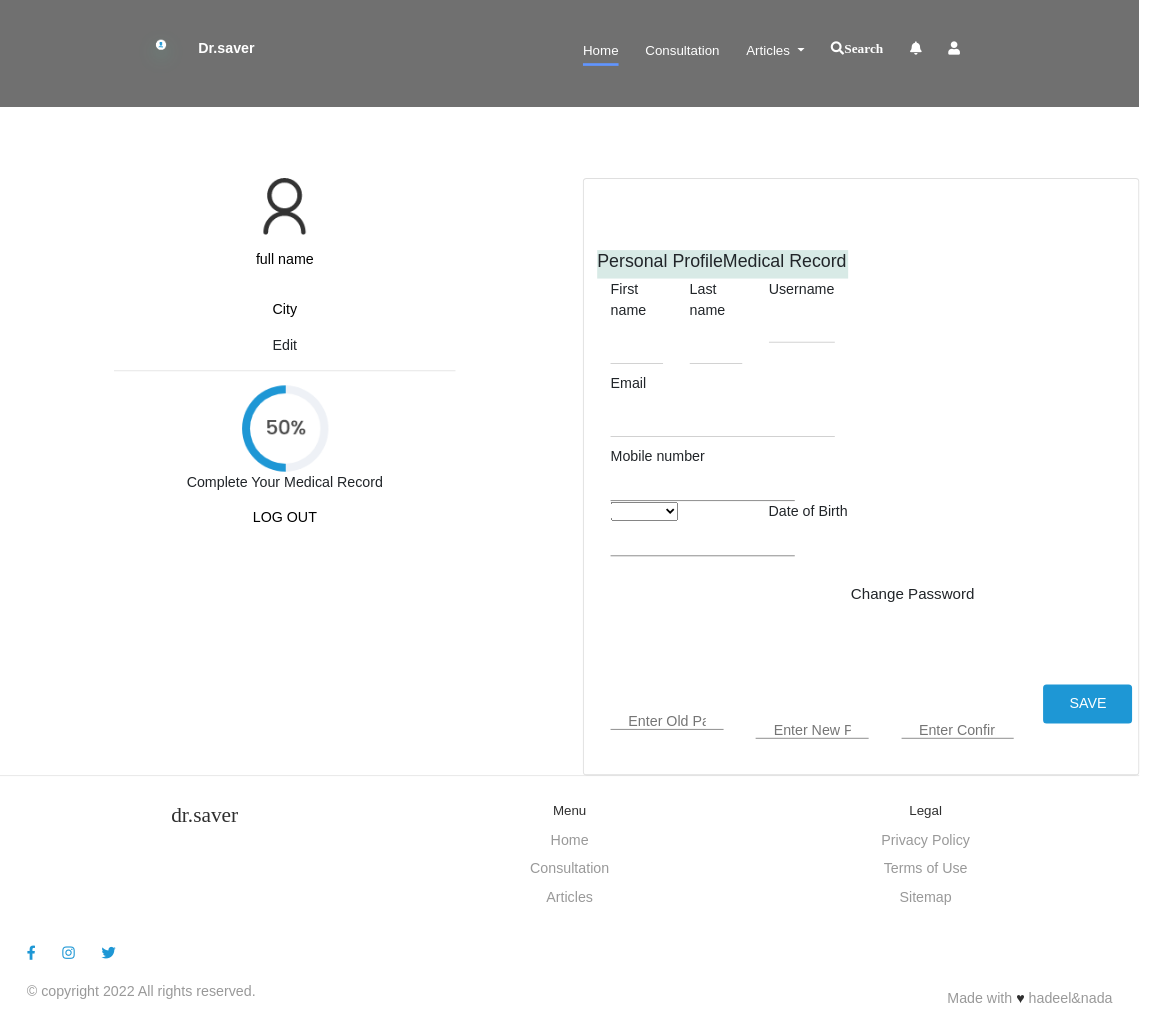
Repository: nsra/hadeel_doctor_system
Page: patient/Pprofile.html
These files come from the project's save history. The page is drawn as it stood at one moment and after the next save; the edit follows.
The browser window is 1280 px wide. The page is 1295 px wide, so the pictures cover 1295 px, including what lies to the right of the window. The pictures show the whole page, at 89% of full size.
Some web fonts or font styles are not loaded; a fallback is used. Some web libraries are served in a nearby version.

Above is the page before, as saved 2022-03-25 15:07:36.

After the next save:
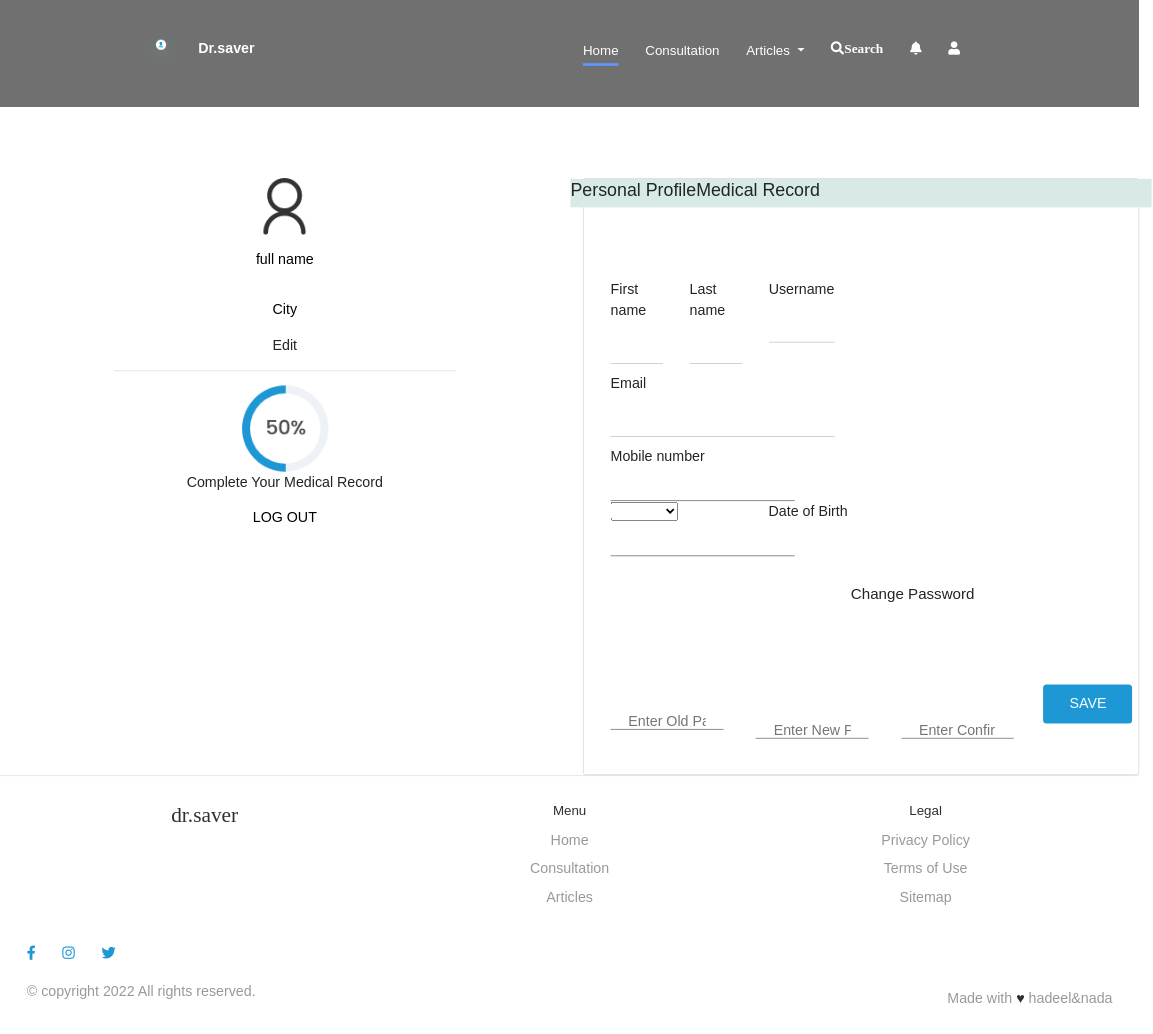
Saved 20 s later.
--- a/patient/Pprofile.html
+++ b/patient/Pprofile.html
@@ -92,11 +92,11 @@
             <div class="col s12 m12 l6">
                 <div class="card">
                     <div class="card-content">
-                        <form id="example-form" method="post" name="updatemp">
-                            <div  class="row" style="background-color: #D8EAE6;">
+                           <div  class="row" style="background-color: #D8EAE6;">
                                 <h5>Personal Profile</h5>
                                 <h5>Medical Record</h5>
-                            </div>
+                            </div>   <form id="example-form" method="post" name="updatemp">
+
                                 <section>
                                     <div class="wizard-content">
                                         <div class="row">
